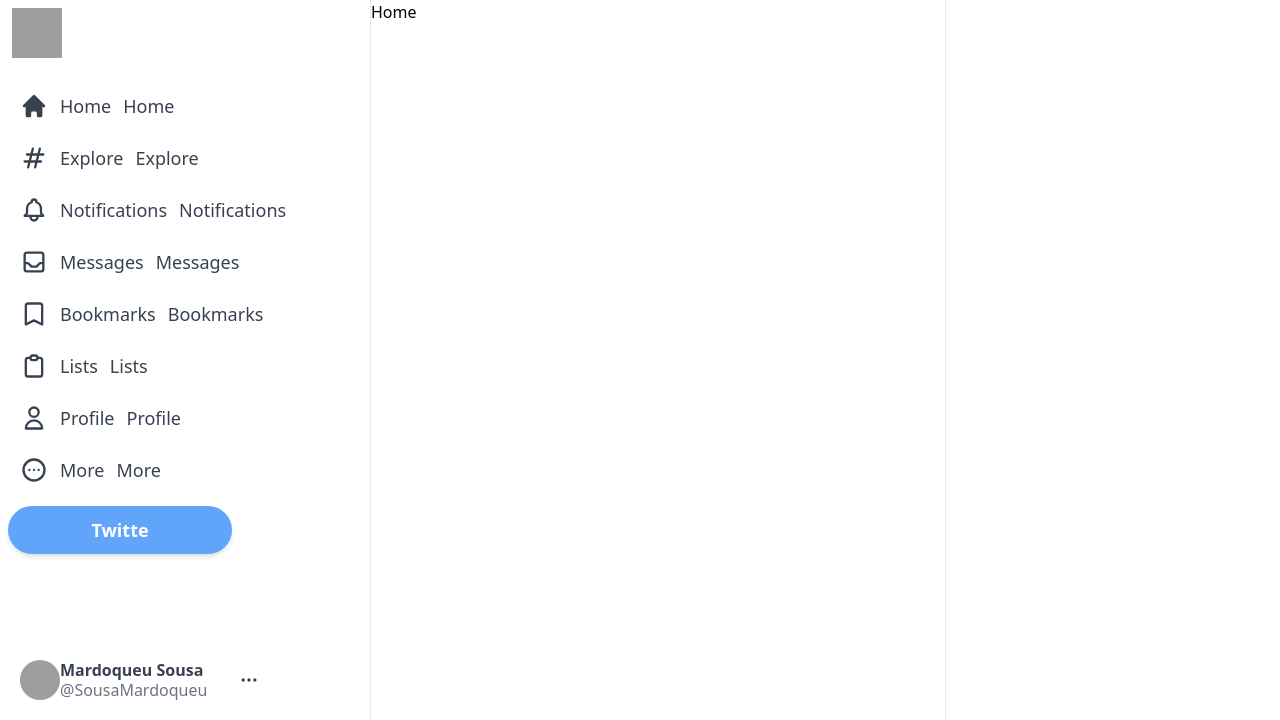
Repository: Mardoqueu/twitter
Page: /
The author's editor kept a copy of each file at every save. The page is drawn from the files as they stood at one save, then again after the next save.
The browser window is 1280 px wide. The pictures show the whole page.
Pictures or frames that could not be fetched are drawn as grey boxes. The project was rebuilt for these pictures with package versions that can differ from the ones it lists, and the page was loaded fresh each time. The framework's server and built-in components were replaced by stand-ins that run in the browser. Also part of the build but not shown: next.config.js.

Above is the page before, as saved 2022-09-01 15:35:18.

After the next save:
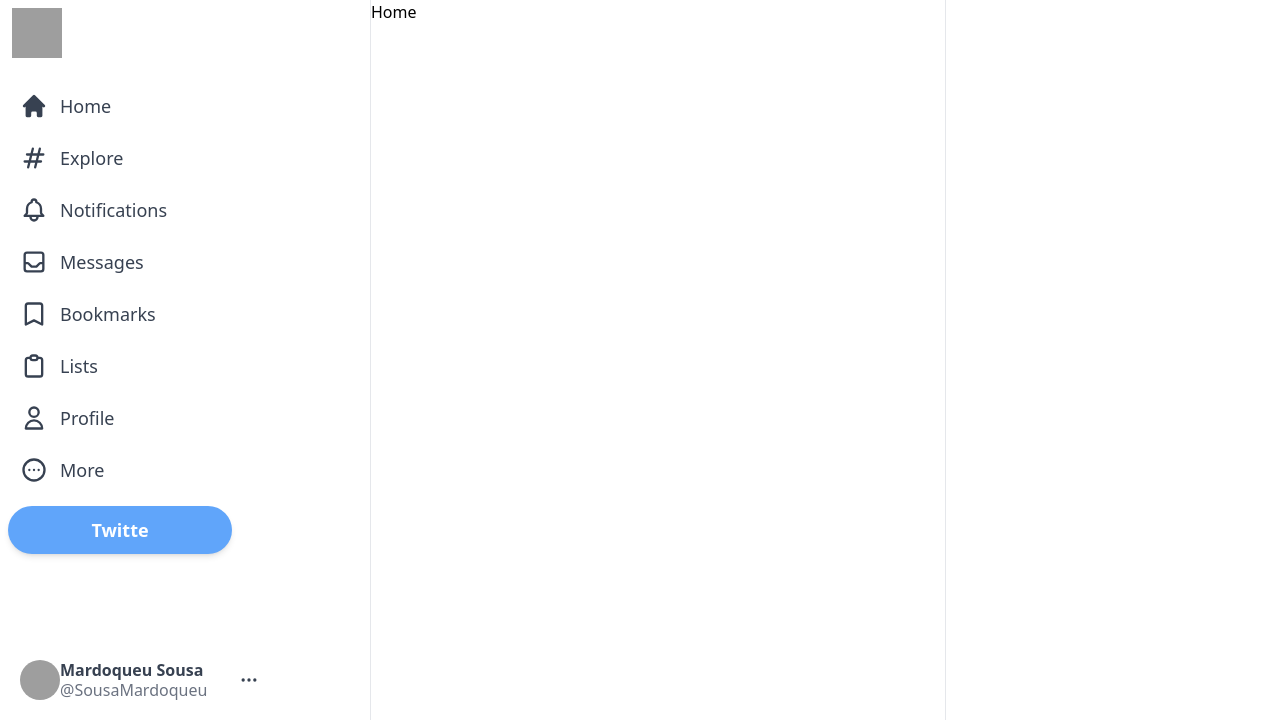
Saved 45 s later.
--- a/components/SidebarMenuItem.js
+++ b/components/SidebarMenuItem.js
@@ -5,7 +5,6 @@
     <div className="hoverEffect flex items-center text-gray-700 justify-center xl:justify-start text-lg space-x-3">
       <Icon className="h-7" />
       <span className={'${active && "font-bold"} hidden xl:inline'}>{text}</span>
-      <span>{text}</span>
     </div>
   )
 }
